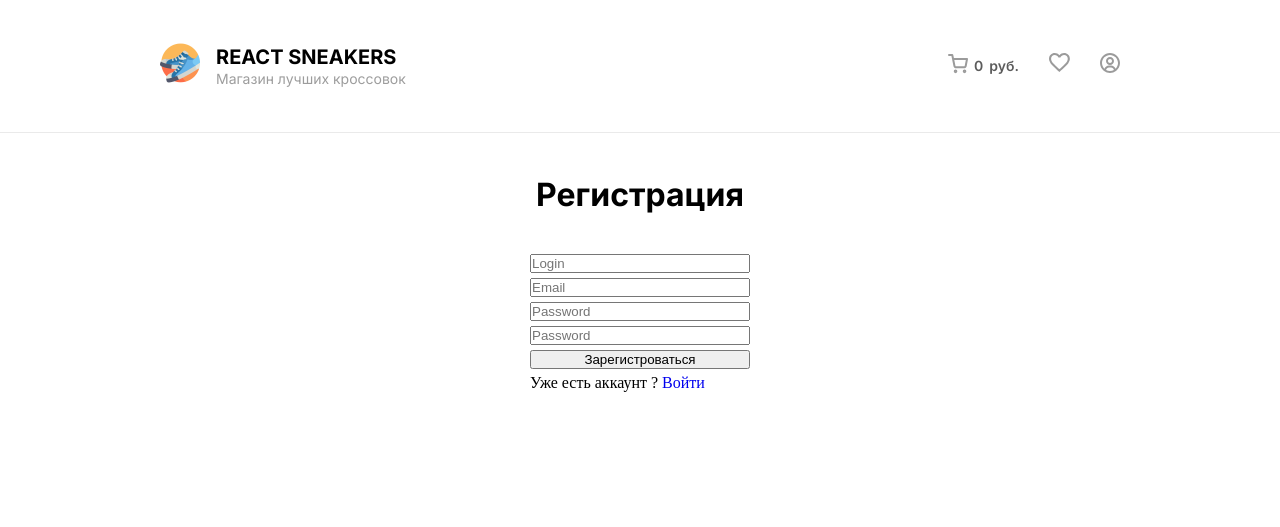
Repository: maxbirimkulov/sneakers20
Page: src/pages/register.html
These files come from the project's save history. The page is drawn as it stood at one moment and after the next save; the edit follows.
The browser window is 1280 px wide. The pictures show the whole page.
The style sheet was rebuilt from its Sass, Less or Tailwind sources for each picture, by a compiler version that may differ from the author's.

Above is the page before, as saved 2022-11-12 20:49:19.

### src/pages/register.html
<!DOCTYPE html>
<html lang="en">
  <head>
    <meta charset="UTF-8" />
    <meta
      name="viewport"
      content="width=device-width, user-scalable=no, initial-scale=1.0, maximum-scale=1.0, minimum-scale=1.0"
    />
    <meta http-equiv="X-UA-Compatible" content="ie=edge" />
    <title>Document</title>
    <link rel="stylesheet" href="../css/style.css" />
  </head>
  <body>
    <div class="floor">
      <header class="header">
        <div class="container">
          <nav class="header__nav">
            <div class="header__logo">
              <img
                src="../images/mainLogo.png"
                alt="Logo"
                class="header__logo-img"
              />
              <div class="header__logo-text">
                <h1 class="header__logo-title">
                  <a href="../../index.html" class="header__logo-title-link"
                    >react sneakers</a
                  >
                </h1>
                <p class="header__logo-subtitle">
                  <a href="../../index.html" class="header__logo-subtitle"
                    >Магазин лучших кроссовок</a
                  >
                </p>
              </div>
            </div>
            <div class="header__links">
              <p class="header__links-basket">
                <span class="header__links-basket-logo"
                  ><svg
                    width="20"
                    height="20"
                    viewBox="0 0 20 20"
                    fill="none"
                    xmlns="http://www.w3.org/2000/svg"
                  >
                    <path
                      d="M7.54548 18.1818C7.99735 18.1818 8.36366 17.8155 8.36366 17.3636C8.36366 16.9118 7.99735 16.5455 7.54548 16.5455C7.09361 16.5455 6.72729 16.9118 6.72729 17.3636C6.72729 17.8155 7.09361 18.1818 7.54548 18.1818Z"
                      stroke="#9B9B9B"
                      stroke-width="2"
                      stroke-linecap="round"
                      stroke-linejoin="round"
                    />
                    <path
                      d="M16.5455 18.1818C16.9973 18.1818 17.3637 17.8155 17.3637 17.3636C17.3637 16.9118 16.9973 16.5455 16.5455 16.5455C16.0936 16.5455 15.7273 16.9118 15.7273 17.3636C15.7273 17.8155 16.0936 18.1818 16.5455 18.1818Z"
                      stroke="#9B9B9B"
                      stroke-width="2"
                      stroke-linecap="round"
                      stroke-linejoin="round"
                    />
                    <path
                      d="M1 1H4.27273L6.46545 11.9555C6.54027 12.3321 6.7452 12.6705 7.04436 12.9113C7.34351 13.1522 7.71784 13.2801 8.10182 13.2727H16.0545C16.4385 13.2801 16.8129 13.1522 17.112 12.9113C17.4112 12.6705 17.6161 12.3321 17.6909 11.9555L19 5.09091H5.09091"
                      stroke="#9B9B9B"
                      stroke-width="2"
                      stroke-linecap="round"
                      stroke-linejoin="round"
                    />
                  </svg>
                </span>
                <span class="total">0</span> руб.
              </p>
              <a href="./favorites.html" class="header__links-favorites"
                ><span class="header__links-favorites-logo"
                  ><svg
                    width="21"
                    height="19"
                    viewBox="0 0 21 19"
                    fill="none"
                    xmlns="http://www.w3.org/2000/svg"
                  >
                    <path
                      d="M15.1003 0C16.7293 0 18.0976 0.54932 19.2052 1.64796C20.3129 2.7466 20.8668 4.08759 20.8668 5.67092C20.8668 6.44643 20.7039 7.23002 20.3781 8.02169C20.0523 8.81335 19.6939 9.51616 19.303 10.1301C18.912 10.744 18.2523 11.5357 17.3238 12.5051C16.3953 13.4745 15.6134 14.2581 14.9781 14.8559C14.3428 15.4537 13.3248 16.3665 11.9239 17.5944L10.4089 18.9515L8.89403 17.6429C7.52572 16.3827 6.51577 15.4537 5.8642 14.8559C5.21262 14.2581 4.42258 13.4745 3.49408 12.5051C2.56559 11.5357 1.90586 10.744 1.51492 10.1301C1.12397 9.51616 0.773748 8.81335 0.464249 8.02169C0.15475 7.23002 0 6.44643 0 5.67092C0 4.08759 0.553841 2.7466 1.66152 1.64796C2.7692 0.54932 4.12123 0 5.71759 0C7.60717 0 9.17095 0.727041 10.4089 2.18112C11.6469 0.727041 13.2107 0 15.1003 0ZM10.5067 16.0918C12.1031 14.6701 13.2677 13.6118 14.0008 12.9171C14.7338 12.2224 15.5401 11.3903 16.4198 10.4209C17.2994 9.45153 17.9102 8.60332 18.2523 7.87628C18.5944 7.14924 18.7654 6.41412 18.7654 5.67092C18.7654 4.63691 18.4152 3.78061 17.7148 3.10204C17.0143 2.42347 16.1428 2.08418 15.1003 2.08418C14.3184 2.08418 13.5772 2.31037 12.8768 2.76276C12.1764 3.21514 11.6795 3.79677 11.3863 4.50765H9.43158C9.17095 3.79677 8.69041 3.21514 7.98997 2.76276C7.28952 2.31037 6.53206 2.08418 5.71759 2.08418C4.67507 2.08418 3.81173 2.42347 3.12757 3.10204C2.44342 3.78061 2.10134 4.63691 2.10134 5.67092C2.10134 6.41412 2.26423 7.14924 2.59002 7.87628C2.91581 8.60332 3.52666 9.45153 4.42258 10.4209C5.3185 11.3903 6.13297 12.2224 6.866 12.9171C7.59902 13.6118 8.74743 14.6701 10.3112 16.0918L10.4089 16.1888L10.5067 16.0918Z"
                      fill="#9B9B9B"
                    />
                  </svg> </span
              ></a>
              <a href="./register.html" class="header__links-user"
                ><span class="header__links-user-logo"
                  ><svg
                    width="20"
                    height="20"
                    viewBox="0 0 20 20"
                    fill="none"
                    xmlns="http://www.w3.org/2000/svg"
                  >
                    <path
                      fill-rule="evenodd"
                      clip-rule="evenodd"
                      d="M0 10C0 4.579 4.579 0 10 0C15.421 0 20 4.579 20 10C20 13.19 18.408 16.078 16 17.924V18H15.898C14.23 19.245 12.187 20 10 20C7.813 20 5.77 19.245 4.102 18H4V17.924C1.592 16.078 0 13.189 0 10ZM7.12347 15.236C6.59154 15.6639 6.22136 16.2604 6.074 16.927C7.242 17.604 8.584 18 10 18C11.416 18 12.758 17.604 13.926 16.927C13.7785 16.2605 13.4082 15.6641 12.8764 15.2362C12.3445 14.8083 11.6827 14.5744 11 14.573H9C8.3173 14.5742 7.6554 14.808 7.12347 15.236ZM13.7677 13.4117C14.5877 13.9574 15.2286 14.7329 15.61 15.641C17.077 14.182 18 12.176 18 10C18 5.663 14.337 2 10 2C5.663 2 2 5.663 2 10C2 12.176 2.923 14.182 4.39 15.641C4.77144 14.7329 5.41227 13.9574 6.23227 13.4117C7.05227 12.866 8.01501 12.5742 9 12.573H11C11.985 12.5742 12.9477 12.866 13.7677 13.4117ZM6 8C6 5.72 7.72 4 10 4C12.28 4 14 5.72 14 8C14 10.28 12.28 12 10 12C7.72 12 6 10.28 6 8ZM8 8C8 9.178 8.822 10 10 10C11.178 10 12 9.178 12 8C12 6.822 11.178 6 10 6C8.822 6 8 6.822 8 8Z"
                      fill="#9B9B9B"
                    />
                  </svg> </span
              ></a>
            </div>
          </nav>
        </div>
      </header>
      <div class="container">
        <div class="register">
          <h2 class="register__title">Регистрация</h2>
          <form class="register__form">
            <input class="register__input" type="text" placeholder="Login" />
            <input class="register__input" type="email" placeholder="Email" />
            <input
              class="register__input"
              type="password"
              placeholder="Password"
            />
            <input
              class="register__input"
              type="password"
              placeholder="Password"
            />
            <button type="submit" class="register__btn">
              Зарегистроваться
            </button>
            <span>Уже есть аккаунт ? <a href="./login.html">Войти</a></span>
          </form>
        </div>
      </div>
    </div>
    <script type="module" src="../js/register.js"></script>
  </body>
</html>

### src/js/register.js
import {changeUser, getUserFromLocalStorage} from './user.js'

getUserFromLocalStorage()


let formRegister = document.querySelector('.register')
formRegister.addEventListener('submit', (e) =>{
    e.preventDefault()

    let userData = {
        login:e.target[0].value,
        email:e.target[1].value,
        password:e.target[2].value
    }

    fetch('http://localhost:8080/register', {
        method: "POST",
        headers: {
            'Content-Type':  'application/json'
        },
        body: JSON.stringify(userData)
    }).then((res) => res.json())
        .then((res) => {
            changeUser({
                ...res.user,
                token: res.accessToken
            })
        })
        .catch((err) => console.log(err))

})

### src/js/user.js



export let user = {
    login : "",
    email : ""
}

export const getUserFromLocalStorage = () => {
    if (localStorage.getItem('user') !== null){
        user = JSON.parse(localStorage.getItem('user'))
    }
}


export const changeUser = (data) => {
    user = {...data}
    localStorage.setItem('user', JSON.stringify(user))
    location.href = 'http://localhost:63342/new%20project/index.html'
}

### src/css/style.scss
@import url('https://fonts.googleapis.com/css2?family=DM+Sans:wght@700&family=Inter:wght@400;500;600;700&display=swap');

* {
  margin: 0;
  padding: 0;
  box-sizing: border-box;
  text-decoration: none;
  list-style-type: none;
  transition: 0.3s;
}
.container {
  max-width: 1050px;
  padding: 0 45px;
  margin: 0 auto;
}
$int: 'inter', sans-serif;

@mixin text($ff, $fs, $fw, $fz, $lh, $col) {
  font-family: $ff;
  font-style: $fs;
  font-weight: $fw;
  font-size: $fz;
  @if $lh > 0 {
    line-height: $lh;
  }
  color: $col;
}
body,
.floor {
  background-color: #fff;
}
@import '_header.scss';
@import '_main.scss';
@import '_assort.scss';
@import '_basketPopup.scss';
@import '_card.scss';
@import '_basket.scss';
@import '_favorites.scss';
@import '_basketNone.scss';
@import '_register';

### src/css/_header.scss
.header {
  padding: 43px 0 45px;
  &__nav {
    display: flex;
    justify-content: space-between;
    align-items: center;
  }
  &__logo {
    display: flex;
    &-img {
      width: 40px;
      height: 40px;
    }
    &-text {
      margin-left: 16px;
    }
    &-title {
      &-link {
        @include text($int, normal, 700px, 20px, 0, #000000);
        text-transform: uppercase;
      }
    }
    &-subtitle {
      @include text($int, normal, 400, 14px, 0, #9d9d9d);
    }
  }
  &__links {
    display: flex;
    &-basket {
      display: flex;
      gap: 6px;
      align-items: center;
      @include text($int, normal, 600, 14px, 0, #5c5c5c);
      margin-left: 10px;
      cursor: pointer;
    }
    &-favorites {
      margin: 0 30px;
    }
  }
  border-bottom: 1px solid #eaeaea;
}

### src/css/_main.scss
.swiper {
  width: 100%;
  height: 100%;
}

.swiper-slide {
  display: -webkit-box;
  display: -ms-flexbox;
  display: -webkit-flex;
  display: flex;
  -webkit-box-pack: center;
  -ms-flex-pack: center;
  -webkit-justify-content: center;
  justify-content: center;
  -webkit-box-align: center;
  -ms-flex-align: center;
  -webkit-align-items: center;
  align-items: center;
}

.swiper__icon{
  &-next{
    background-color: white;
    border-radius: 50%;
    cursor: pointer;
    position: absolute;
    right: 0;
    top: 50%;
    transform: translateY(-50%),;
    z-index: 2;
    padding: 8px 14px;
    display: flex;
    justify-content: center;
    align-items: center;
    transition: 0.2s;
    -webkit-box-shadow: 0px 0px 11px 5px rgba(0, 0, 0, 0.01);
    -moz-box-shadow: 0px 0px 11px 5px rgba(0, 0, 0, 0.01);
    box-shadow: 0px 0px 11px 5px rgba(0, 0, 0, 0.01);
    &:hover{
      transition: 0.2s;
      -webkit-box-shadow: 0px 0px 11px 5px rgba(0, 0, 0, 0.07);
      -moz-box-shadow: 0px 0px 11px 5px rgba(0, 0, 0, 0.07);
      box-shadow: 0px 0px 11px 5px rgba(0, 0, 0, 0.07);
    }
  }
  &-prev{
    background-color: white;
    border-radius: 50%;
    position: absolute;
    left: 0;
    top: 50%;
    cursor: pointer;
    transform:translateY(-50%) rotate(180deg);
    z-index: 2;
    padding: 8px 14px;
    display: flex;
    justify-content: center;
    align-items: center;
    transition: 0.2s;
    -webkit-box-shadow: 0px 0px 11px 5px rgba(0, 0, 0, 0.01);
    -moz-box-shadow: 0px 0px 11px 5px rgba(0, 0, 0, 0.01);
    box-shadow: 0px 0px 11px 5px rgba(0, 0, 0, 0.01);
    &:hover{
      transition: 0.2s;
      -webkit-box-shadow: 0px 0px 11px 5px rgba(0, 0, 0, 0.07);
      -moz-box-shadow: 0px 0px 11px 5px rgba(0, 0, 0, 0.07);
      box-shadow: 0px 0px 11px 5px rgba(0, 0, 0, 0.07);
    }
  }
}

.main{
  &__swipe{
    &-block{
      background-color: #F4EFE9;
      border-radius: 20px;
      max-height: 300px;
      display: flex;
      align-items: center;
      justify-content: space-between;
      width: 100%;
    }
    &-box{
      position: relative;
      padding: 16px 0 20px 51px;
      min-height: 300px;
      &-scn{
        margin: 0;
        padding: 0;
        max-width: 641.18px;
      }
      &-desc{
        @include text($int,normal,700,38px,46px,#8BB43C);
        margin: 32px 17.45px 10.45px 35px;
        &-black{
          color: black;
        }
      }
      &-btn{
        position: absolute;
        padding: 14px 60px;
        border-radius: 110px;
        @include text($int,normal,700px,16px, 0, white);
        text-transform: uppercase;
        background-color: #A5D364;
        bottom: 45px;
        left: 27%;
        transform: translate(-50%, -50);
        transition: 0.2s;
        &:hover{
          transition: 0.2s;
          transform: scale(1.1);
        }
      }
      &-img{
        width: 100%;
      }
    }
  }
}

### src/css/_assort.scss
.main__assort {
  &-topContent {
    display: flex;
    flex-wrap: wrap;
    justify-content: space-between;
    padding: 37px 0 36px;
    width: 100%;
  }
  &-filter {
    display: flex;
    justify-content: space-between;
    align-items: center;
    gap: 10px;
  }
  &-select {
    background: transparent;
    border: 1px solid #bdbdbd;
    border-radius: 8px;
    padding: 0 10px;
    height: 40px;
  }
  &-form {
    margin: 15px 0 0;
    display: flex;
    align-items: center;
    position: relative;
    &-input {
      border-radius: 10px;
      border: 1px solid #bdbdbd;
      outline: none;
      padding: 13px 40px 15px 46px;
      max-width: 250px;
      &::-webkit-input-placeholder {
        color: #c4c4c4;
      }
      &::-moz-placeholder {
        color: #c4c4c4;
      }
      &:-ms-input-placeholder {
        color: #c4c4c4;
      }
      &::-ms-input-placeholder {
        color: #c4c4c4;
      }
      &::placeholder {
        color: #c4c4c4;
      }
      &::-webkit-search-cancel-button {
        position: absolute;
        right: 18px;
        cursor: pointer;
        color: #5c5c5c;
      }
    }
    &-icon {
      position: absolute;
      left: 18px;
      top: 50%;
      transform: translateY(-50%);
    }
  }
  &-title {
    @include text($int, normal, 700, 32px, 0, black);
  }
  &-mainContent {
    min-height: 700px;
    position: relative;
    display: flex;
    justify-content: center;
    align-items: center;
    flex-wrap: wrap;
    gap: 40px;
    &-shoes {
      border: 1px solid #bdbdbd;
      border-radius: 40px;
      padding: 20px 29px 34px 30px;
      max-width: 210px;
    }
    &-favorites {
      display: inline-block;
      position: absolute;
      border: 1px solid #f8f8f8;
      border-radius: 7px;
      padding: 9.6px 9.07px 3.59px;
      cursor: pointer;
      &:hover {
        transform: scale(1.13);
        background-color: rgba(253, 239, 239, 0.87);
        transition: 0.2s;
      }
      &-active {
        display: none;
        position: absolute;
        background-color: #fef0f0;
        border: 1px solid transparent;
        border-radius: 7px;
        padding: 9.6px 9.07px 3.59px;
        cursor: pointer;
      }
    }
    &-product {
      &-desc {
        @include text($int, normal, 400, 14px, 17px, black);
      }
      &-pricesDesc {
        margin-top: 14px;
        display: flex;
        justify-content: space-between;
        align-items: center;
        &-price {
          @include text($int, normal, 500, 11px, 13px, #bdbdbd);
          text-transform: uppercase;
        }
        &-cost {
          @include text($int, normal, 700, 14px, 17px, black);
        }
        &-addBask {
          cursor: pointer;
          display: inline-block;
          padding: 5.33px 8.33px;
          border: 1px solid #f2f2f2;
          border-radius: 8px;
          transition: 0.2s;
          &:hover {
            transform: scale(1.13);
            background-color: rgba(253, 239, 239, 0.87);
            transition: 0.2s;
          }
          &-active {
            cursor: pointer;
            max-height: 32px;
            max-width: 32px;
            padding: 5.33px 8.33px;
            border: 1px solid white;
            border-radius: 8px;
            background: linear-gradient(180deg, #89f09c 0%, #3cc755 100%);
            transition: 0.2s;
            &:hover {
              transform: scale(1.13);
              transition: 0.2s;
            }
          }
        }
      }
    }
  }
}

### src/css/_basketPopup.scss
.basket {
  transform: translateX(100%);
  background: rgba(0, 00, 000, 0.4);
  height: 100vh;
  width: 100vw;
  z-index: 100;
  position: fixed;
  left: 0;
  top: 0;
  bottom: 0;
  &__cards {
    margin-top: 20px;
    max-height: 400px;
    overflow-y:  scroll;
    display: flex;
    gap: 20px;
    flex-wrap: wrap;
  }

  &__card {
    position: relative;  width: 100%;  height: 120px;  padding: 0 30px;    background: #FFFFFF;  border: 1px solid #F3F3F3;  border-radius: 20px;  &:hover {
    box-shadow: 0px 14px 30px 0px rgba(0, 0, 0, 0.05);  }
    &-img {
      position: absolute;    left: 20px;    top: 50%;    transform: translateY(-50%);    max-width: 80px;  }
    &__name {
      position: absolute;    width: 133px;    height: 36px;    overflow: hidden;    left: 120px;    top: 30px;    font-family: 'Inter', sans-serif;    font-style: normal;    font-weight: 400;    font-size: 14px;    line-height: 17px;    color: #000000;  }
    &__sum {
      position: absolute;    left: 120px;    bottom: 30px;    font-family: 'Inter', sans-serif;    font-style: normal;    font-weight: 700;    font-size: 14px;color: #000000;  }
    &__X {
      position: absolute;    right: 20px;    top: 50%;    transform: translateY(-50%);    max-width: 70px;    cursor: pointer;  }
  }
  &.show {
    transform: translateX(0%);
  }
  &__content {
    display: flex;
    flex-direction: column;
    justify-content: space-between;
    background: #fff;
    position: fixed;
    padding: 30px;
    height: 100vh;
    width: 385px;
    top: 0;
    right: 0;
  }
  &__title {
    @include text($int, normal, 700, 24px, 29px, #000000);
  }
  &__text {
    display: flex;
    justify-content: space-between;
    margin-bottom: 19px;
    &:last-of-type {
      margin-bottom: 24px;
    }
    &-desc {
      @include text($int, normal, 400, 16px, 19px, #000000);
    }
    &-sum {
      @include text($int, normal, 600, 16px, 19px, #000000);
    }
  }
  &__btn {
    @include text($int, normal, 600, 16px, 19px, #fff);
    padding: 12px 0;
    background: #9dd558;
    border-radius: 18px;
    border: 1px solid #9dd558;
    width: 100%;
  }
}

.name {
  font-size: 30px;
  color: red;
  text-align: center;
}

### src/css/_card.scss
.info {
  background: antiquewhite;
  padding: 40px 0;
  &__block {
    display: flex;
    flex-wrap: wrap;
    -moz-column-gap: 40px;
         column-gap: 40px;
    row-gap: 40px;
  }
  &__card {
    width: calc(25% - 30px);
    background: #ffffff;
    border: 1px solid #f3f3f3;
    border-radius: 40px;
    padding: 20px 40px;
    cursor: pointer;
    transition: 0.2s;
    &:hover {
      background: #ffffff;
      border: 1px solid #f8f8f8;
      box-shadow: 0 14px 30px rgba(0, 0, 0, 0.05);
      border-radius: 40px;
      transition: 0.2s;
      transform: scale(1.05);
    }
  }
  &__desc {
    @include text($int, normal, 400, 14px, 17px, #000);
    margin: 14px 0;
  }
  &__bottom {
    display: flex;
    justify-content: space-between;
  }
  &__sel {
    @include text($int, normal, 500, 11px, 13px, #bdbdbd);
    text-transform: uppercase;
  }
  &__sum {
    @include text($int, normal, 700, 14px, 17px, #000);
  }
}

### src/css/_basket.scss
.basket__main{
  &-topContent{
    padding: 42px 0 40px;
    &-nav{
      display: flex;
      align-items: center;
      gap: 21px;
    }
    &-title{
      @include text($int, normal, 700, 32px, 0, black)
    }
    &-link{
      padding: 8px 14px;
      max-width: 35px;
      max-height: 35px;
      display: flex;
      justify-content: center;
      align-items: center;
      border: 1px solid #F2F2F2;
      border-radius: 8px;
    }
  }
  &-mainContent{
    &-assort{
      display: flex;
      flex-wrap: wrap;
      gap: 40px;
    }
  }
}

### src/css/_favorites.scss
.main__assort-mainContent-favorites{
  &-off{
    display: none;
  }
  &-on{
    display: inline-block;
  }
}

### src/css/_basketNone.scss
.basketNone__main {
  display: flex;
  justify-content: center;
  align-items: center;
  padding: 240px 0;
  &-none {
    display: flex;
    flex-wrap: wrap;
    justify-content: center;
    align-items: center;
    max-width: 280px;
    &-text{
      text-align: center;
    }
    &-title {
      margin-top: 24px;
      text-align: center;
      @include text($int, normal, 600, 24px, 0, black);
    }

    &-desc {
      text-align: center;
      margin: 11px 0 41px;
      @include text($int, normal, 400, 16px, 24px, black);
    }

    &-link {
      padding: 17px 40px 19px;
      background-color: #9DD458;
      border-radius: 18px;
      @include text($int, normal, 400, 16px, 0, white);

      &-icon {
        margin-right: 17px;

      }
    }
  }
}

### src/css/_register.scss
.register {
  &__title {
    @include text($int, normal, 700, 32px, 0, black);
    margin: 42px auto 40px;
    text-align: center;
  }
  &__form {
    margin: 0 auto;
    display: flex;
    flex-direction: column;
    justify-content: center;
    max-width: 220px;
    gap: 5px;
  }
}

After the next save:
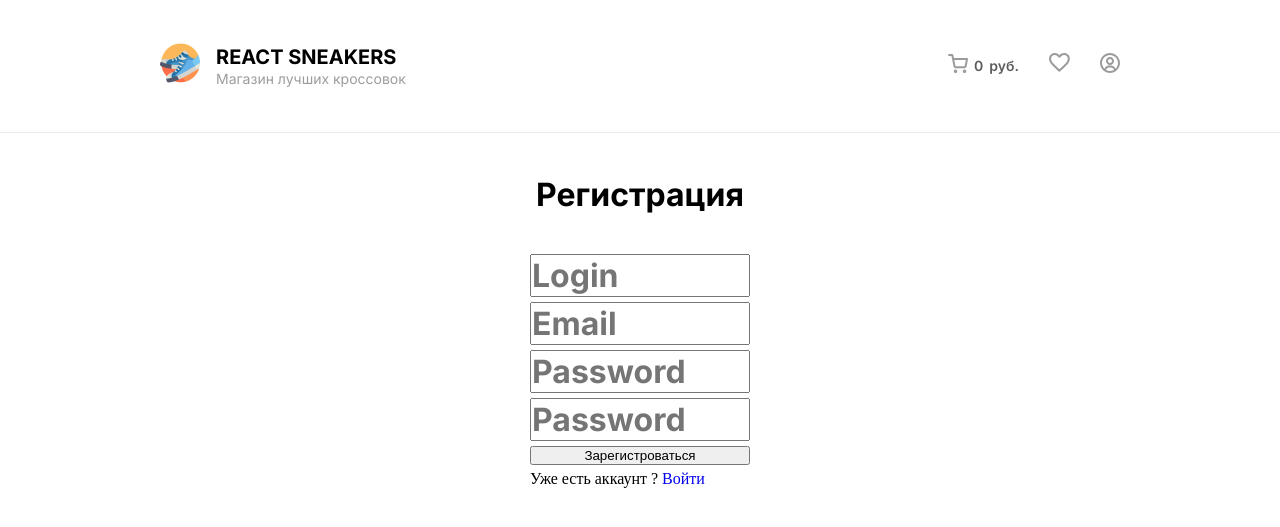
Saved 39 s later.
--- a/src/css/_register.scss
+++ b/src/css/_register.scss
@@ -12,4 +12,7 @@
     max-width: 220px;
     gap: 5px;
   }
+  &__input {
+    @include text($int, normal, 700, 32px, 0, black);
+  }
 }
